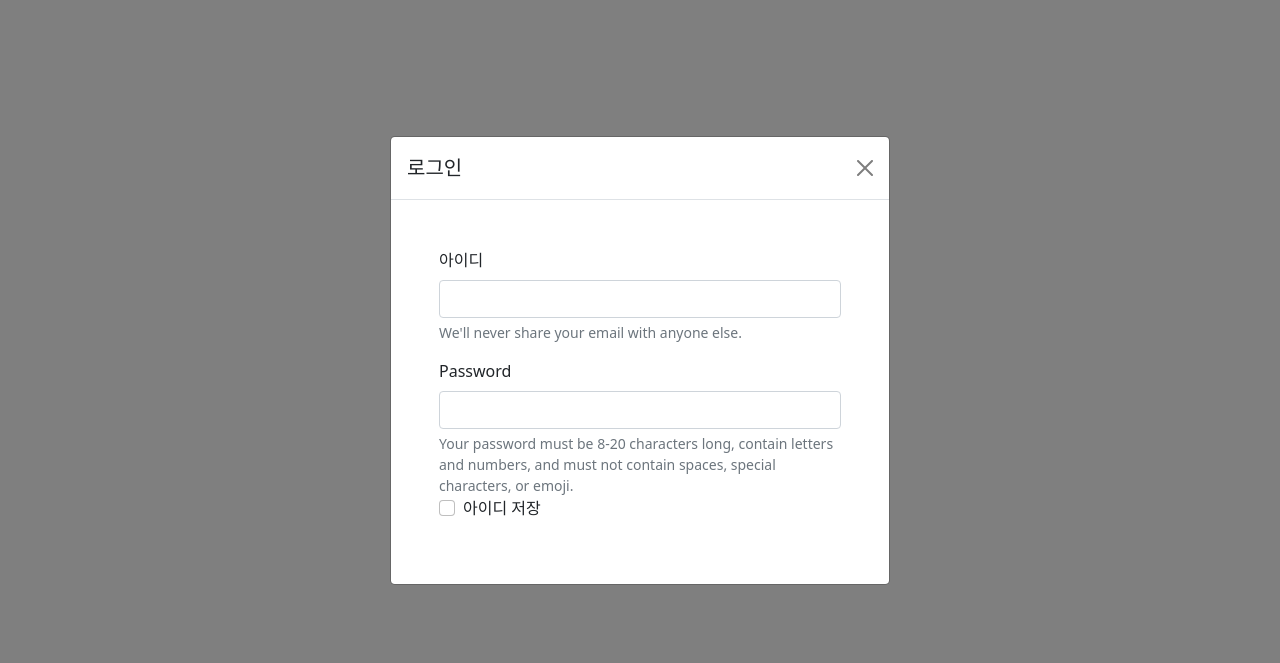
Repository: hyunha95/selfStudy
Page: http://localhost/spring-board/WEB-INF/views/member/login.jsp
An editor plug-in stored every save of this project. The page is shown before and after the next save, followed by the edit.
The browser window is 1280 px wide. The pictures show the whole page.
The page is served by Tomcat 9. Nobody is signed in. Other server files are loaded and not shown. The template is opened directly, without the code that normally fills it, so the values that code supplies are empty.

Above is the page before, as saved 2022-01-15 07:35:32.

### spring_workspace/spring-board/src/main/webapp/WEB-INF/views/member/login.jsp
<%@ page language="java" contentType="text/html; charset=UTF-8"
    pageEncoding="UTF-8"%>
<%@ taglib prefix="c" uri="http://java.sun.com/jsp/jstl/core"%>
<%@ taglib prefix="fmt" uri="http://java.sun.com/jsp/jstl/fmt"%>
<%@ taglib prefix="fn" uri="http://java.sun.com/jsp/jstl/functions"%>
<%@ taglib prefix="sec" uri="http://www.springframework.org/security/tags" %>
<%-- spring-webmvc의존 : security의 csrf토큰 생성 --%>
<%@ taglib prefix="form" uri="http://www.springframework.org/tags/form" %>
<!DOCTYPE html>
<html>
<head>
<!-- Required meta tags -->
<meta charset="utf-8">
<meta name="viewport" content="width=device-width, initial-scale=1">
<title>Insert title here</title>
<script src="https://code.jquery.com/jquery-3.6.0.js" integrity="sha256-H+K7U5CnXl1h5ywQfKtSj8PCmoN9aaq30gDh27Xc0jk=" crossorigin="anonymous"></script>
<link href="https://cdn.jsdelivr.net/npm/bootstrap@5.1.3/dist/css/bootstrap.min.css" rel="stylesheet" integrity="sha384-1BmE4kWBq78iYhFldvKuhfTAU6auU8tT94WrHftjDbrCEXSU1oBoqyl2QvZ6jIW3" crossorigin="anonymous">
<script>
$(() => {
	$(loginModal).modal('show');
});
</script>

</head>
<body>
	<!-- Modal 시작 -->
	<div class="modal fade" id="loginModal" data-bs-backdrop="static" data-bs-keyboard="false" tabindex="-1" aria-labelledby="staticBackdropLabel" aria-hidden="true">
	  <div class="modal-dialog modal-dialog-centered">
	    <div class="modal-content">
	      <div class="modal-header">
	        <h5 class="modal-title" id="staticBackdropLabel">로그인</h5>
	        <button type="button" class="btn-close" data-bs-dismiss="modal" aria-label="Close"></button>
	      </div>
	      <form:form class="m-5">
	        <!-- 아이디 -->
	        <div class="mb-3">
			    <label for="exampleInputEmail1" class="form-label">아이디</label>
			    <input type="email" class="form-control" id="exampleInputEmail1" aria-describedby="emailHelp">
			    <div id="emailHelp" class="form-text">We'll never share your email with anyone else.</div>
		    </div>
		    <!-- 비밀번호 -->
			<label for="inputPassword5" class="form-label">Password</label>
			<input type="password" id="inputPassword5" class="form-control" aria-describedby="passwordHelpBlock">
			<div id="passwordHelpBlock" class="form-text">
			  Your password must be 8-20 characters long, contain letters and numbers, and must not contain spaces, special characters, or emoji.
			</div>
			<!-- 아이디 저장 -->
			<div class="mb-3 form-check">
			    <input type="checkbox" class="form-check-input" id="exampleCheck1">
			    <label class="form-check-label" for="exampleCheck1">아이디 저장</label>
			</div>
	      </form:form>
	    </div>
	  </div>
	</div>
	<!-- Modal 끝 -->
	<script src="https://cdn.jsdelivr.net/npm/bootstrap@5.1.3/dist/js/bootstrap.bundle.min.js" integrity="sha384-ka7Sk0Gln4gmtz2MlQnikT1wXgYsOg+OMhuP+IlRH9sENBO0LRn5q+8nbTov4+1p" crossorigin="anonymous"></script>
</body>
</html>

After the next save:
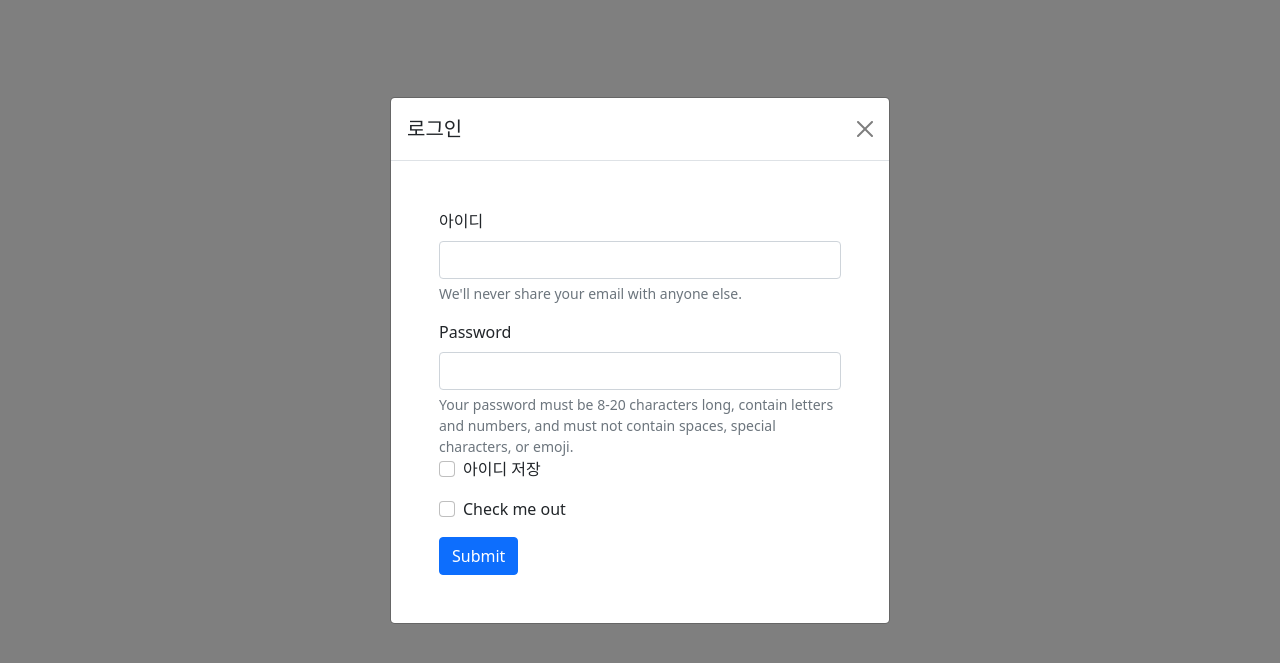
Saved 43 s later.
--- a/spring_workspace/spring-board/src/main/webapp/WEB-INF/views/member/login.jsp
+++ b/spring_workspace/spring-board/src/main/webapp/WEB-INF/views/member/login.jsp
@@ -49,6 +49,13 @@ $(() => {
 			    <input type="checkbox" class="form-check-input" id="exampleCheck1">
 			    <label class="form-check-label" for="exampleCheck1">아이디 저장</label>
 			</div>
+			<!-- submit 버튼 -->
+			<div class="mb-3 form-check">
+			    <input type="checkbox" class="form-check-input" id="exampleCheck1">
+			    <label class="form-check-label" for="exampleCheck1">Check me out</label>
+		    </div>
+		    <button type="submit" class="btn btn-primary">Submit</button>
+
 	      </form:form>
 	    </div>
 	  </div>
